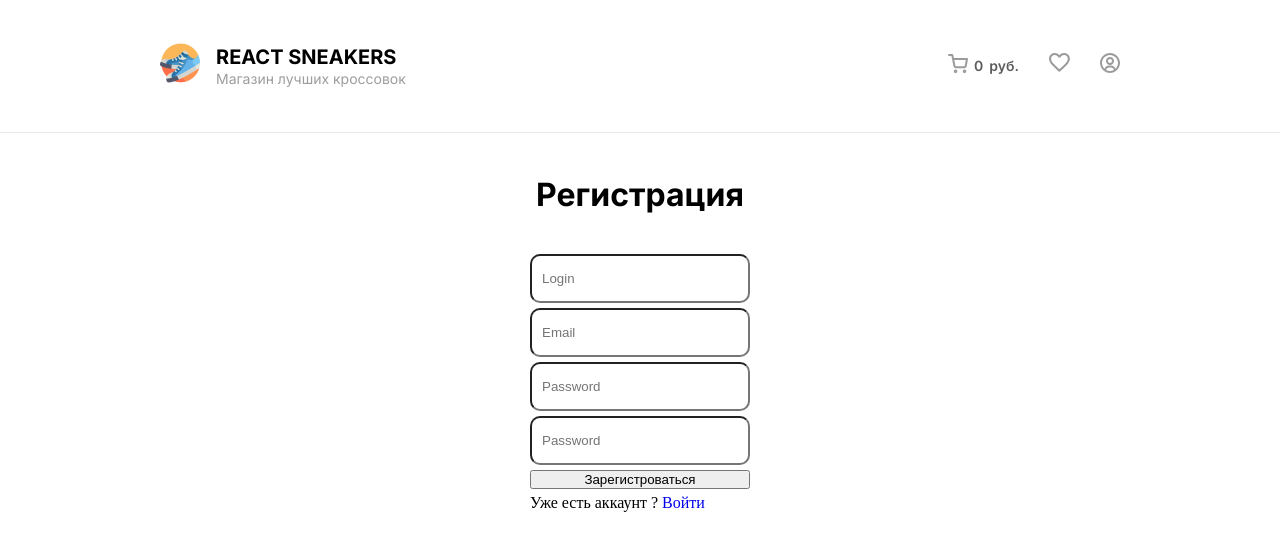
Repository: maxbirimkulov/sneakers20
Page: src/pages/register.html
These files come from the project's save history. The page is drawn as it stood at one moment and after the next save; the edit follows.
The browser window is 1280 px wide. The pictures show the whole page.
The style sheet was rebuilt from its Sass, Less or Tailwind sources for each picture, by a compiler version that may differ from the author's.

Above is the page before, as saved 2022-11-12 20:50:37.

### src/pages/register.html
<!DOCTYPE html>
<html lang="en">
  <head>
    <meta charset="UTF-8" />
    <meta
      name="viewport"
      content="width=device-width, user-scalable=no, initial-scale=1.0, maximum-scale=1.0, minimum-scale=1.0"
    />
    <meta http-equiv="X-UA-Compatible" content="ie=edge" />
    <title>Document</title>
    <link rel="stylesheet" href="../css/style.css" />
  </head>
  <body>
    <div class="floor">
      <header class="header">
        <div class="container">
          <nav class="header__nav">
            <div class="header__logo">
              <img
                src="../images/mainLogo.png"
                alt="Logo"
                class="header__logo-img"
              />
              <div class="header__logo-text">
                <h1 class="header__logo-title">
                  <a href="../../index.html" class="header__logo-title-link"
                    >react sneakers</a
                  >
                </h1>
                <p class="header__logo-subtitle">
                  <a href="../../index.html" class="header__logo-subtitle"
                    >Магазин лучших кроссовок</a
                  >
                </p>
              </div>
            </div>
            <div class="header__links">
              <p class="header__links-basket">
                <span class="header__links-basket-logo"
                  ><svg
                    width="20"
                    height="20"
                    viewBox="0 0 20 20"
                    fill="none"
                    xmlns="http://www.w3.org/2000/svg"
                  >
                    <path
                      d="M7.54548 18.1818C7.99735 18.1818 8.36366 17.8155 8.36366 17.3636C8.36366 16.9118 7.99735 16.5455 7.54548 16.5455C7.09361 16.5455 6.72729 16.9118 6.72729 17.3636C6.72729 17.8155 7.09361 18.1818 7.54548 18.1818Z"
                      stroke="#9B9B9B"
                      stroke-width="2"
                      stroke-linecap="round"
                      stroke-linejoin="round"
                    />
                    <path
                      d="M16.5455 18.1818C16.9973 18.1818 17.3637 17.8155 17.3637 17.3636C17.3637 16.9118 16.9973 16.5455 16.5455 16.5455C16.0936 16.5455 15.7273 16.9118 15.7273 17.3636C15.7273 17.8155 16.0936 18.1818 16.5455 18.1818Z"
                      stroke="#9B9B9B"
                      stroke-width="2"
                      stroke-linecap="round"
                      stroke-linejoin="round"
                    />
                    <path
                      d="M1 1H4.27273L6.46545 11.9555C6.54027 12.3321 6.7452 12.6705 7.04436 12.9113C7.34351 13.1522 7.71784 13.2801 8.10182 13.2727H16.0545C16.4385 13.2801 16.8129 13.1522 17.112 12.9113C17.4112 12.6705 17.6161 12.3321 17.6909 11.9555L19 5.09091H5.09091"
                      stroke="#9B9B9B"
                      stroke-width="2"
                      stroke-linecap="round"
                      stroke-linejoin="round"
                    />
                  </svg>
                </span>
                <span class="total">0</span> руб.
              </p>
              <a href="./favorites.html" class="header__links-favorites"
                ><span class="header__links-favorites-logo"
                  ><svg
                    width="21"
                    height="19"
                    viewBox="0 0 21 19"
                    fill="none"
                    xmlns="http://www.w3.org/2000/svg"
                  >
                    <path
                      d="M15.1003 0C16.7293 0 18.0976 0.54932 19.2052 1.64796C20.3129 2.7466 20.8668 4.08759 20.8668 5.67092C20.8668 6.44643 20.7039 7.23002 20.3781 8.02169C20.0523 8.81335 19.6939 9.51616 19.303 10.1301C18.912 10.744 18.2523 11.5357 17.3238 12.5051C16.3953 13.4745 15.6134 14.2581 14.9781 14.8559C14.3428 15.4537 13.3248 16.3665 11.9239 17.5944L10.4089 18.9515L8.89403 17.6429C7.52572 16.3827 6.51577 15.4537 5.8642 14.8559C5.21262 14.2581 4.42258 13.4745 3.49408 12.5051C2.56559 11.5357 1.90586 10.744 1.51492 10.1301C1.12397 9.51616 0.773748 8.81335 0.464249 8.02169C0.15475 7.23002 0 6.44643 0 5.67092C0 4.08759 0.553841 2.7466 1.66152 1.64796C2.7692 0.54932 4.12123 0 5.71759 0C7.60717 0 9.17095 0.727041 10.4089 2.18112C11.6469 0.727041 13.2107 0 15.1003 0ZM10.5067 16.0918C12.1031 14.6701 13.2677 13.6118 14.0008 12.9171C14.7338 12.2224 15.5401 11.3903 16.4198 10.4209C17.2994 9.45153 17.9102 8.60332 18.2523 7.87628C18.5944 7.14924 18.7654 6.41412 18.7654 5.67092C18.7654 4.63691 18.4152 3.78061 17.7148 3.10204C17.0143 2.42347 16.1428 2.08418 15.1003 2.08418C14.3184 2.08418 13.5772 2.31037 12.8768 2.76276C12.1764 3.21514 11.6795 3.79677 11.3863 4.50765H9.43158C9.17095 3.79677 8.69041 3.21514 7.98997 2.76276C7.28952 2.31037 6.53206 2.08418 5.71759 2.08418C4.67507 2.08418 3.81173 2.42347 3.12757 3.10204C2.44342 3.78061 2.10134 4.63691 2.10134 5.67092C2.10134 6.41412 2.26423 7.14924 2.59002 7.87628C2.91581 8.60332 3.52666 9.45153 4.42258 10.4209C5.3185 11.3903 6.13297 12.2224 6.866 12.9171C7.59902 13.6118 8.74743 14.6701 10.3112 16.0918L10.4089 16.1888L10.5067 16.0918Z"
                      fill="#9B9B9B"
                    />
                  </svg> </span
              ></a>
              <a href="./register.html" class="header__links-user"
                ><span class="header__links-user-logo"
                  ><svg
                    width="20"
                    height="20"
                    viewBox="0 0 20 20"
                    fill="none"
                    xmlns="http://www.w3.org/2000/svg"
                  >
                    <path
                      fill-rule="evenodd"
                      clip-rule="evenodd"
                      d="M0 10C0 4.579 4.579 0 10 0C15.421 0 20 4.579 20 10C20 13.19 18.408 16.078 16 17.924V18H15.898C14.23 19.245 12.187 20 10 20C7.813 20 5.77 19.245 4.102 18H4V17.924C1.592 16.078 0 13.189 0 10ZM7.12347 15.236C6.59154 15.6639 6.22136 16.2604 6.074 16.927C7.242 17.604 8.584 18 10 18C11.416 18 12.758 17.604 13.926 16.927C13.7785 16.2605 13.4082 15.6641 12.8764 15.2362C12.3445 14.8083 11.6827 14.5744 11 14.573H9C8.3173 14.5742 7.6554 14.808 7.12347 15.236ZM13.7677 13.4117C14.5877 13.9574 15.2286 14.7329 15.61 15.641C17.077 14.182 18 12.176 18 10C18 5.663 14.337 2 10 2C5.663 2 2 5.663 2 10C2 12.176 2.923 14.182 4.39 15.641C4.77144 14.7329 5.41227 13.9574 6.23227 13.4117C7.05227 12.866 8.01501 12.5742 9 12.573H11C11.985 12.5742 12.9477 12.866 13.7677 13.4117ZM6 8C6 5.72 7.72 4 10 4C12.28 4 14 5.72 14 8C14 10.28 12.28 12 10 12C7.72 12 6 10.28 6 8ZM8 8C8 9.178 8.822 10 10 10C11.178 10 12 9.178 12 8C12 6.822 11.178 6 10 6C8.822 6 8 6.822 8 8Z"
                      fill="#9B9B9B"
                    />
                  </svg> </span
              ></a>
            </div>
          </nav>
        </div>
      </header>
      <div class="container">
        <div class="register">
          <h2 class="register__title">Регистрация</h2>
          <form class="register__form">
            <input class="register__input" type="text" placeholder="Login" />
            <input class="register__input" type="email" placeholder="Email" />
            <input
              class="register__input"
              type="password"
              placeholder="Password"
            />
            <input
              class="register__input"
              type="password"
              placeholder="Password"
            />
            <button type="submit" class="register__btn">
              Зарегистроваться
            </button>
            <span>Уже есть аккаунт ? <a href="./login.html">Войти</a></span>
          </form>
        </div>
      </div>
    </div>
    <script type="module" src="../js/register.js"></script>
  </body>
</html>

### src/js/register.js
import {changeUser, getUserFromLocalStorage} from './user.js'

getUserFromLocalStorage()


let formRegister = document.querySelector('.register')
formRegister.addEventListener('submit', (e) =>{
    e.preventDefault()

    let userData = {
        login:e.target[0].value,
        email:e.target[1].value,
        password:e.target[2].value
    }

    fetch('http://localhost:8080/register', {
        method: "POST",
        headers: {
            'Content-Type':  'application/json'
        },
        body: JSON.stringify(userData)
    }).then((res) => res.json())
        .then((res) => {
            changeUser({
                ...res.user,
                token: res.accessToken
            })
        })
        .catch((err) => console.log(err))

})

### src/js/user.js



export let user = {
    login : "",
    email : ""
}

export const getUserFromLocalStorage = () => {
    if (localStorage.getItem('user') !== null){
        user = JSON.parse(localStorage.getItem('user'))
    }
}


export const changeUser = (data) => {
    user = {...data}
    localStorage.setItem('user', JSON.stringify(user))
    location.href = 'http://localhost:63342/new%20project/index.html'
}

### src/css/style.scss
@import url('https://fonts.googleapis.com/css2?family=DM+Sans:wght@700&family=Inter:wght@400;500;600;700&display=swap');

* {
  margin: 0;
  padding: 0;
  box-sizing: border-box;
  text-decoration: none;
  list-style-type: none;
  transition: 0.3s;
}
.container {
  max-width: 1050px;
  padding: 0 45px;
  margin: 0 auto;
}
$int: 'inter', sans-serif;

@mixin text($ff, $fs, $fw, $fz, $lh, $col) {
  font-family: $ff;
  font-style: $fs;
  font-weight: $fw;
  font-size: $fz;
  @if $lh > 0 {
    line-height: $lh;
  }
  color: $col;
}
body,
.floor {
  background-color: #fff;
}
@import '_header.scss';
@import '_main.scss';
@import '_assort.scss';
@import '_basketPopup.scss';
@import '_card.scss';
@import '_basket.scss';
@import '_favorites.scss';
@import '_basketNone.scss';
@import '_register';

### src/css/_header.scss
.header {
  padding: 43px 0 45px;
  &__nav {
    display: flex;
    justify-content: space-between;
    align-items: center;
  }
  &__logo {
    display: flex;
    &-img {
      width: 40px;
      height: 40px;
    }
    &-text {
      margin-left: 16px;
    }
    &-title {
      &-link {
        @include text($int, normal, 700px, 20px, 0, #000000);
        text-transform: uppercase;
      }
    }
    &-subtitle {
      @include text($int, normal, 400, 14px, 0, #9d9d9d);
    }
  }
  &__links {
    display: flex;
    &-basket {
      display: flex;
      gap: 6px;
      align-items: center;
      @include text($int, normal, 600, 14px, 0, #5c5c5c);
      margin-left: 10px;
      cursor: pointer;
    }
    &-favorites {
      margin: 0 30px;
    }
  }
  border-bottom: 1px solid #eaeaea;
}

### src/css/_main.scss
.swiper {
  width: 100%;
  height: 100%;
}

.swiper-slide {
  display: -webkit-box;
  display: -ms-flexbox;
  display: -webkit-flex;
  display: flex;
  -webkit-box-pack: center;
  -ms-flex-pack: center;
  -webkit-justify-content: center;
  justify-content: center;
  -webkit-box-align: center;
  -ms-flex-align: center;
  -webkit-align-items: center;
  align-items: center;
}

.swiper__icon{
  &-next{
    background-color: white;
    border-radius: 50%;
    cursor: pointer;
    position: absolute;
    right: 0;
    top: 50%;
    transform: translateY(-50%),;
    z-index: 2;
    padding: 8px 14px;
    display: flex;
    justify-content: center;
    align-items: center;
    transition: 0.2s;
    -webkit-box-shadow: 0px 0px 11px 5px rgba(0, 0, 0, 0.01);
    -moz-box-shadow: 0px 0px 11px 5px rgba(0, 0, 0, 0.01);
    box-shadow: 0px 0px 11px 5px rgba(0, 0, 0, 0.01);
    &:hover{
      transition: 0.2s;
      -webkit-box-shadow: 0px 0px 11px 5px rgba(0, 0, 0, 0.07);
      -moz-box-shadow: 0px 0px 11px 5px rgba(0, 0, 0, 0.07);
      box-shadow: 0px 0px 11px 5px rgba(0, 0, 0, 0.07);
    }
  }
  &-prev{
    background-color: white;
    border-radius: 50%;
    position: absolute;
    left: 0;
    top: 50%;
    cursor: pointer;
    transform:translateY(-50%) rotate(180deg);
    z-index: 2;
    padding: 8px 14px;
    display: flex;
    justify-content: center;
    align-items: center;
    transition: 0.2s;
    -webkit-box-shadow: 0px 0px 11px 5px rgba(0, 0, 0, 0.01);
    -moz-box-shadow: 0px 0px 11px 5px rgba(0, 0, 0, 0.01);
    box-shadow: 0px 0px 11px 5px rgba(0, 0, 0, 0.01);
    &:hover{
      transition: 0.2s;
      -webkit-box-shadow: 0px 0px 11px 5px rgba(0, 0, 0, 0.07);
      -moz-box-shadow: 0px 0px 11px 5px rgba(0, 0, 0, 0.07);
      box-shadow: 0px 0px 11px 5px rgba(0, 0, 0, 0.07);
    }
  }
}

.main{
  &__swipe{
    &-block{
      background-color: #F4EFE9;
      border-radius: 20px;
      max-height: 300px;
      display: flex;
      align-items: center;
      justify-content: space-between;
      width: 100%;
    }
    &-box{
      position: relative;
      padding: 16px 0 20px 51px;
      min-height: 300px;
      &-scn{
        margin: 0;
        padding: 0;
        max-width: 641.18px;
      }
      &-desc{
        @include text($int,normal,700,38px,46px,#8BB43C);
        margin: 32px 17.45px 10.45px 35px;
        &-black{
          color: black;
        }
      }
      &-btn{
        position: absolute;
        padding: 14px 60px;
        border-radius: 110px;
        @include text($int,normal,700px,16px, 0, white);
        text-transform: uppercase;
        background-color: #A5D364;
        bottom: 45px;
        left: 27%;
        transform: translate(-50%, -50);
        transition: 0.2s;
        &:hover{
          transition: 0.2s;
          transform: scale(1.1);
        }
      }
      &-img{
        width: 100%;
      }
    }
  }
}

### src/css/_assort.scss
.main__assort {
  &-topContent {
    display: flex;
    flex-wrap: wrap;
    justify-content: space-between;
    padding: 37px 0 36px;
    width: 100%;
  }
  &-filter {
    display: flex;
    justify-content: space-between;
    align-items: center;
    gap: 10px;
  }
  &-select {
    background: transparent;
    border: 1px solid #bdbdbd;
    border-radius: 8px;
    padding: 0 10px;
    height: 40px;
  }
  &-form {
    margin: 15px 0 0;
    display: flex;
    align-items: center;
    position: relative;
    &-input {
      border-radius: 10px;
      border: 1px solid #bdbdbd;
      outline: none;
      padding: 13px 40px 15px 46px;
      max-width: 250px;
      &::-webkit-input-placeholder {
        color: #c4c4c4;
      }
      &::-moz-placeholder {
        color: #c4c4c4;
      }
      &:-ms-input-placeholder {
        color: #c4c4c4;
      }
      &::-ms-input-placeholder {
        color: #c4c4c4;
      }
      &::placeholder {
        color: #c4c4c4;
      }
      &::-webkit-search-cancel-button {
        position: absolute;
        right: 18px;
        cursor: pointer;
        color: #5c5c5c;
      }
    }
    &-icon {
      position: absolute;
      left: 18px;
      top: 50%;
      transform: translateY(-50%);
    }
  }
  &-title {
    @include text($int, normal, 700, 32px, 0, black);
  }
  &-mainContent {
    min-height: 700px;
    position: relative;
    display: flex;
    justify-content: center;
    align-items: center;
    flex-wrap: wrap;
    gap: 40px;
    &-shoes {
      border: 1px solid #bdbdbd;
      border-radius: 40px;
      padding: 20px 29px 34px 30px;
      max-width: 210px;
    }
    &-favorites {
      display: inline-block;
      position: absolute;
      border: 1px solid #f8f8f8;
      border-radius: 7px;
      padding: 9.6px 9.07px 3.59px;
      cursor: pointer;
      &:hover {
        transform: scale(1.13);
        background-color: rgba(253, 239, 239, 0.87);
        transition: 0.2s;
      }
      &-active {
        display: none;
        position: absolute;
        background-color: #fef0f0;
        border: 1px solid transparent;
        border-radius: 7px;
        padding: 9.6px 9.07px 3.59px;
        cursor: pointer;
      }
    }
    &-product {
      &-desc {
        @include text($int, normal, 400, 14px, 17px, black);
      }
      &-pricesDesc {
        margin-top: 14px;
        display: flex;
        justify-content: space-between;
        align-items: center;
        &-price {
          @include text($int, normal, 500, 11px, 13px, #bdbdbd);
          text-transform: uppercase;
        }
        &-cost {
          @include text($int, normal, 700, 14px, 17px, black);
        }
        &-addBask {
          cursor: pointer;
          display: inline-block;
          padding: 5.33px 8.33px;
          border: 1px solid #f2f2f2;
          border-radius: 8px;
          transition: 0.2s;
          &:hover {
            transform: scale(1.13);
            background-color: rgba(253, 239, 239, 0.87);
            transition: 0.2s;
          }
          &-active {
            cursor: pointer;
            max-height: 32px;
            max-width: 32px;
            padding: 5.33px 8.33px;
            border: 1px solid white;
            border-radius: 8px;
            background: linear-gradient(180deg, #89f09c 0%, #3cc755 100%);
            transition: 0.2s;
            &:hover {
              transform: scale(1.13);
              transition: 0.2s;
            }
          }
        }
      }
    }
  }
}

### src/css/_basketPopup.scss
.basket {
  transform: translateX(100%);
  background: rgba(0, 00, 000, 0.4);
  height: 100vh;
  width: 100vw;
  z-index: 100;
  position: fixed;
  left: 0;
  top: 0;
  bottom: 0;
  &__cards {
    margin-top: 20px;
    max-height: 400px;
    overflow-y:  scroll;
    display: flex;
    gap: 20px;
    flex-wrap: wrap;
  }

  &__card {
    position: relative;  width: 100%;  height: 120px;  padding: 0 30px;    background: #FFFFFF;  border: 1px solid #F3F3F3;  border-radius: 20px;  &:hover {
    box-shadow: 0px 14px 30px 0px rgba(0, 0, 0, 0.05);  }
    &-img {
      position: absolute;    left: 20px;    top: 50%;    transform: translateY(-50%);    max-width: 80px;  }
    &__name {
      position: absolute;    width: 133px;    height: 36px;    overflow: hidden;    left: 120px;    top: 30px;    font-family: 'Inter', sans-serif;    font-style: normal;    font-weight: 400;    font-size: 14px;    line-height: 17px;    color: #000000;  }
    &__sum {
      position: absolute;    left: 120px;    bottom: 30px;    font-family: 'Inter', sans-serif;    font-style: normal;    font-weight: 700;    font-size: 14px;color: #000000;  }
    &__X {
      position: absolute;    right: 20px;    top: 50%;    transform: translateY(-50%);    max-width: 70px;    cursor: pointer;  }
  }
  &.show {
    transform: translateX(0%);
  }
  &__content {
    display: flex;
    flex-direction: column;
    justify-content: space-between;
    background: #fff;
    position: fixed;
    padding: 30px;
    height: 100vh;
    width: 385px;
    top: 0;
    right: 0;
  }
  &__title {
    @include text($int, normal, 700, 24px, 29px, #000000);
  }
  &__text {
    display: flex;
    justify-content: space-between;
    margin-bottom: 19px;
    &:last-of-type {
      margin-bottom: 24px;
    }
    &-desc {
      @include text($int, normal, 400, 16px, 19px, #000000);
    }
    &-sum {
      @include text($int, normal, 600, 16px, 19px, #000000);
    }
  }
  &__btn {
    @include text($int, normal, 600, 16px, 19px, #fff);
    padding: 12px 0;
    background: #9dd558;
    border-radius: 18px;
    border: 1px solid #9dd558;
    width: 100%;
  }
}

.name {
  font-size: 30px;
  color: red;
  text-align: center;
}

### src/css/_card.scss
.info {
  background: antiquewhite;
  padding: 40px 0;
  &__block {
    display: flex;
    flex-wrap: wrap;
    -moz-column-gap: 40px;
         column-gap: 40px;
    row-gap: 40px;
  }
  &__card {
    width: calc(25% - 30px);
    background: #ffffff;
    border: 1px solid #f3f3f3;
    border-radius: 40px;
    padding: 20px 40px;
    cursor: pointer;
    transition: 0.2s;
    &:hover {
      background: #ffffff;
      border: 1px solid #f8f8f8;
      box-shadow: 0 14px 30px rgba(0, 0, 0, 0.05);
      border-radius: 40px;
      transition: 0.2s;
      transform: scale(1.05);
    }
  }
  &__desc {
    @include text($int, normal, 400, 14px, 17px, #000);
    margin: 14px 0;
  }
  &__bottom {
    display: flex;
    justify-content: space-between;
  }
  &__sel {
    @include text($int, normal, 500, 11px, 13px, #bdbdbd);
    text-transform: uppercase;
  }
  &__sum {
    @include text($int, normal, 700, 14px, 17px, #000);
  }
}

### src/css/_basket.scss
.basket__main{
  &-topContent{
    padding: 42px 0 40px;
    &-nav{
      display: flex;
      align-items: center;
      gap: 21px;
    }
    &-title{
      @include text($int, normal, 700, 32px, 0, black)
    }
    &-link{
      padding: 8px 14px;
      max-width: 35px;
      max-height: 35px;
      display: flex;
      justify-content: center;
      align-items: center;
      border: 1px solid #F2F2F2;
      border-radius: 8px;
    }
  }
  &-mainContent{
    &-assort{
      display: flex;
      flex-wrap: wrap;
      gap: 40px;
    }
  }
}

### src/css/_favorites.scss
.main__assort-mainContent-favorites{
  &-off{
    display: none;
  }
  &-on{
    display: inline-block;
  }
}

### src/css/_basketNone.scss
.basketNone__main {
  display: flex;
  justify-content: center;
  align-items: center;
  padding: 240px 0;
  &-none {
    display: flex;
    flex-wrap: wrap;
    justify-content: center;
    align-items: center;
    max-width: 280px;
    &-text{
      text-align: center;
    }
    &-title {
      margin-top: 24px;
      text-align: center;
      @include text($int, normal, 600, 24px, 0, black);
    }

    &-desc {
      text-align: center;
      margin: 11px 0 41px;
      @include text($int, normal, 400, 16px, 24px, black);
    }

    &-link {
      padding: 17px 40px 19px;
      background-color: #9DD458;
      border-radius: 18px;
      @include text($int, normal, 400, 16px, 0, white);

      &-icon {
        margin-right: 17px;

      }
    }
  }
}

### src/css/_register.scss
.register {
  &__title {
    @include text($int, normal, 700, 32px, 0, black);
    margin: 42px auto 40px;
    text-align: center;
  }
  &__form {
    margin: 0 auto;
    display: flex;
    flex-direction: column;
    justify-content: center;
    max-width: 220px;
    gap: 5px;
  }
  &__input {
    padding: 15px 10px;
    border-radius: 10px;
  }
}

After the next save:
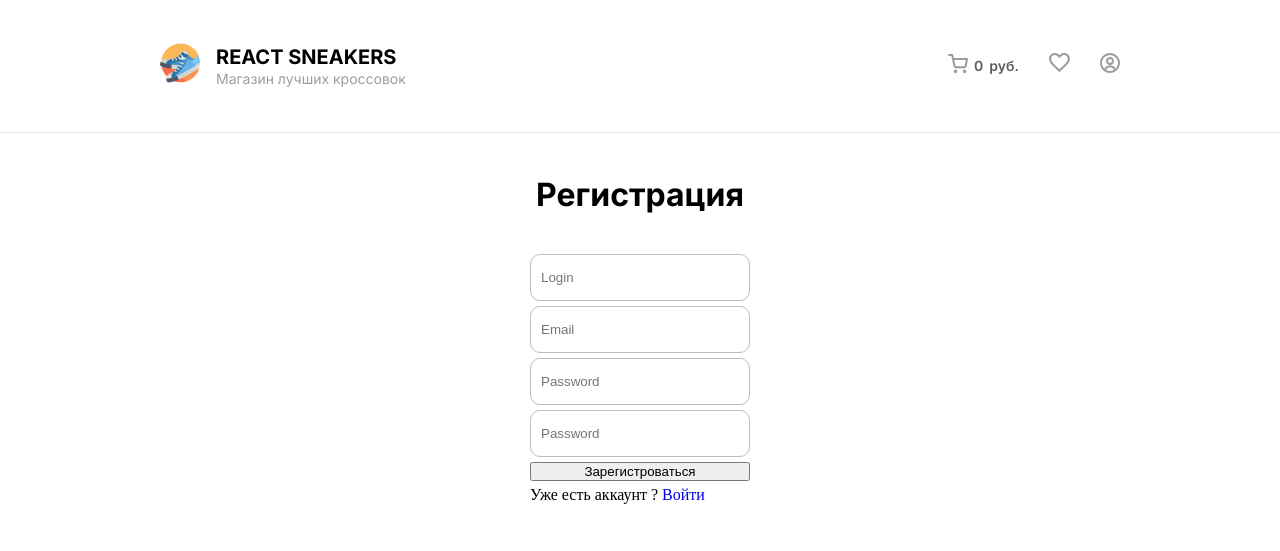
Saved 24 s later.
--- a/src/css/_register.scss
+++ b/src/css/_register.scss
@@ -15,5 +15,6 @@
   &__input {
     padding: 15px 10px;
     border-radius: 10px;
+    border: 1px solid #bdbdbd;
   }
 }
